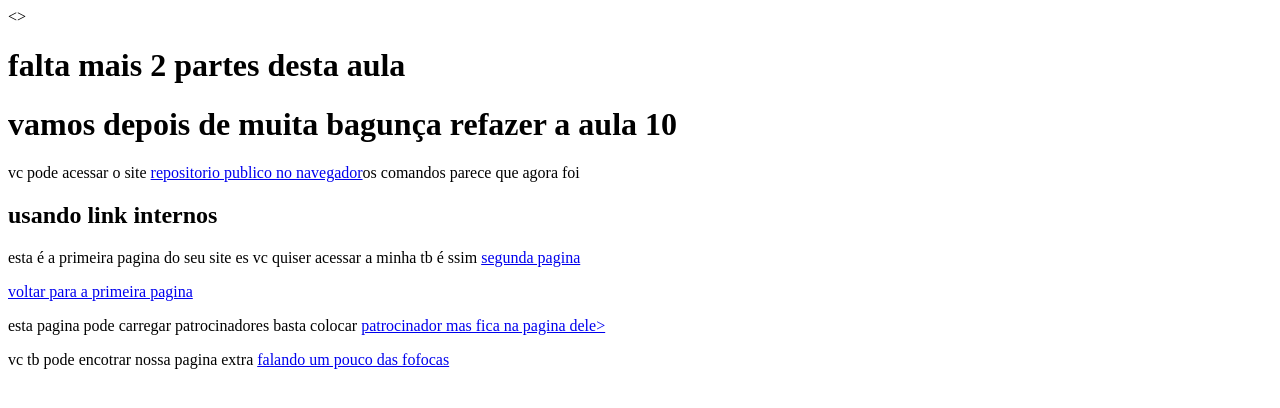
Repository: DorivalJunior14/exercicios
Page: aula10.html/pagoo2.html
An editor plug-in stored every save of this project. The page is shown before and after a run of saves, followed by the edit.
The browser window is 1280 px wide. The pictures show the whole page.

Above is the page before, as saved 2020-12-08 11:00:55.

After the next 4 saves:
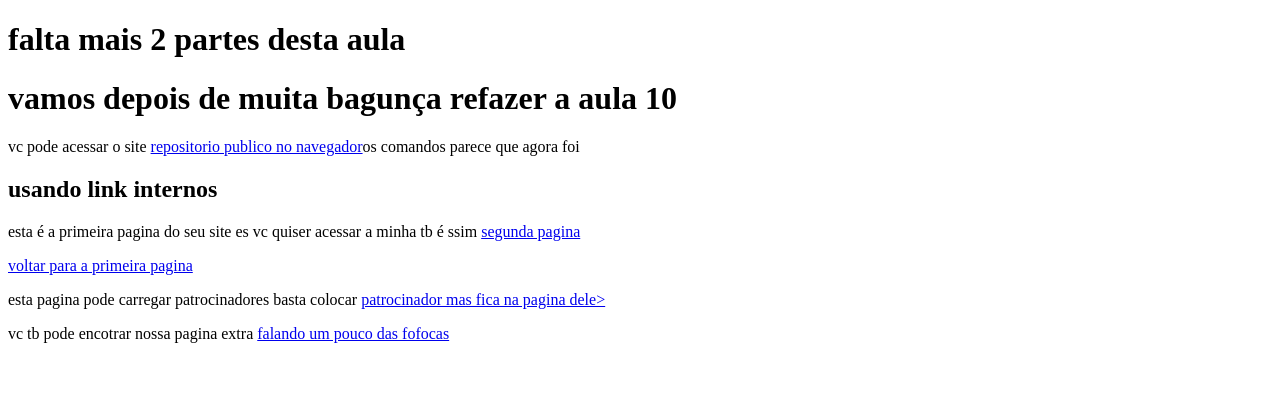
The 4 saves are shown as one change because they came seconds apart.
The last was saved 28 s later.
--- a/aula10.html/pagoo2.html
+++ b/aula10.html/pagoo2.html
@@ -4,7 +4,7 @@
     <meta charset="utf-8">
     <title>pag002.html</title>
   </head>
-  <>
+  <body>
     <h1>falta mais 2 partes desta aula</h1><!--que vai ser continuada aqui-->
   <h1>vamos depois de muita bagunça refazer a aula 10</h1>
     <p>vc pode acessar o site <a href="https://www.facebook.com/junior.muccillo" target="_blank"rel="external">repositorio publico no navegador</a>os comandos parece que agora foi</p>
@@ -15,5 +15,5 @@
     <a href="#"target="_blank"rel="nofollow">patrocinador mas fica na pagina dele></a>
   </p><!-- o patrocinador não fica vinculado ou direto na pagina dele, vc pode desconsiderar-->
   <p>vc tb pode encotrar nossa pagina extra <a href="noticias/pag003.html">falando um pouco das fofocas </a></p>
-</h2>
+</body>
 </html>
